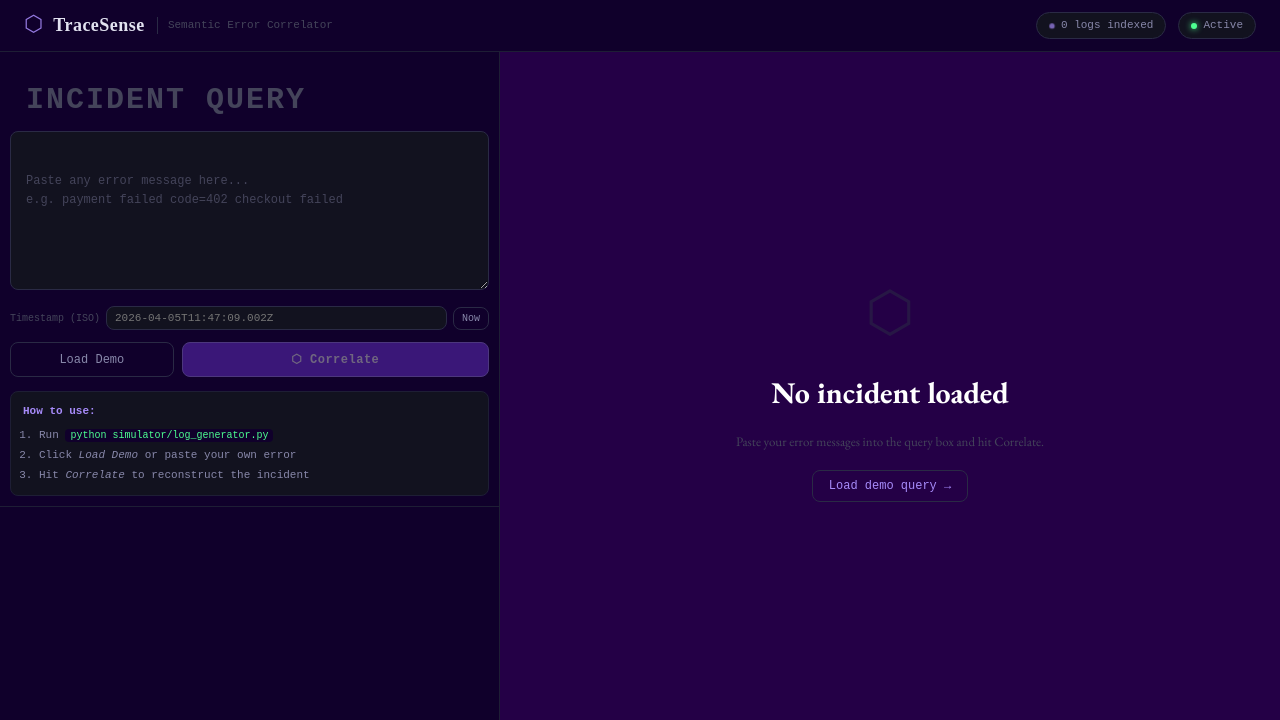
Repository: SaranyaM15/AI_Engineer_Journey
Page: / (app in tracesense/frontend/)
An editor plug-in stored every save of this project. The page is shown before and after the next save, followed by the edit.
The browser window is 1280 px wide. The pictures show the whole page.
The page's requests for data from a server got no answer. Some web fonts or font styles are not loaded; a fallback is used. The project was rebuilt for these pictures with package versions that can differ from the ones it lists, and the page was loaded fresh each time. No one was signed in, and anything a server would have sent is missing. Also part of the build but not shown: tracesense/frontend/vite.config.js, tracesense/frontend/src/components/Timeline.jsx, tracesense/frontend/src/components/LogFeed.jsx.

Above is the page before, as saved 2026-04-05 19:07:06.

After the next save:
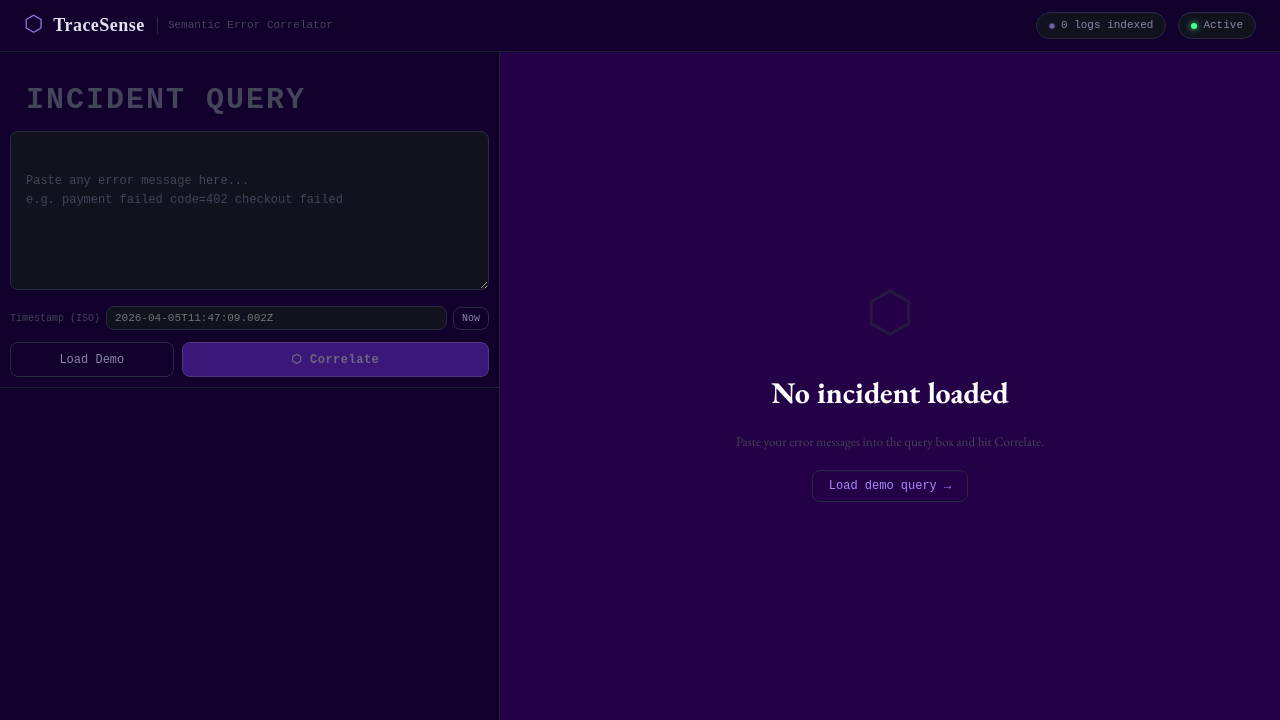
Saved 4 min 59 s later.
--- a/tracesense/frontend/src/components/QueryPanel.jsx
+++ b/tracesense/frontend/src/components/QueryPanel.jsx
@@ -43,14 +43,7 @@ export default function QueryPanel({
         </button>
       </div>
 
-      <div className="hint-box">
-        <strong>How to use:</strong>
-        <ol>
-          <li>Run <code>python simulator/log_generator.py</code></li>
-          <li>Click <em>Load Demo</em> or paste your own error</li>
-          <li>Hit <em>Correlate</em> to reconstruct the incident</li>
-        </ol>
-      </div>
+
     </div>
   );
 }
